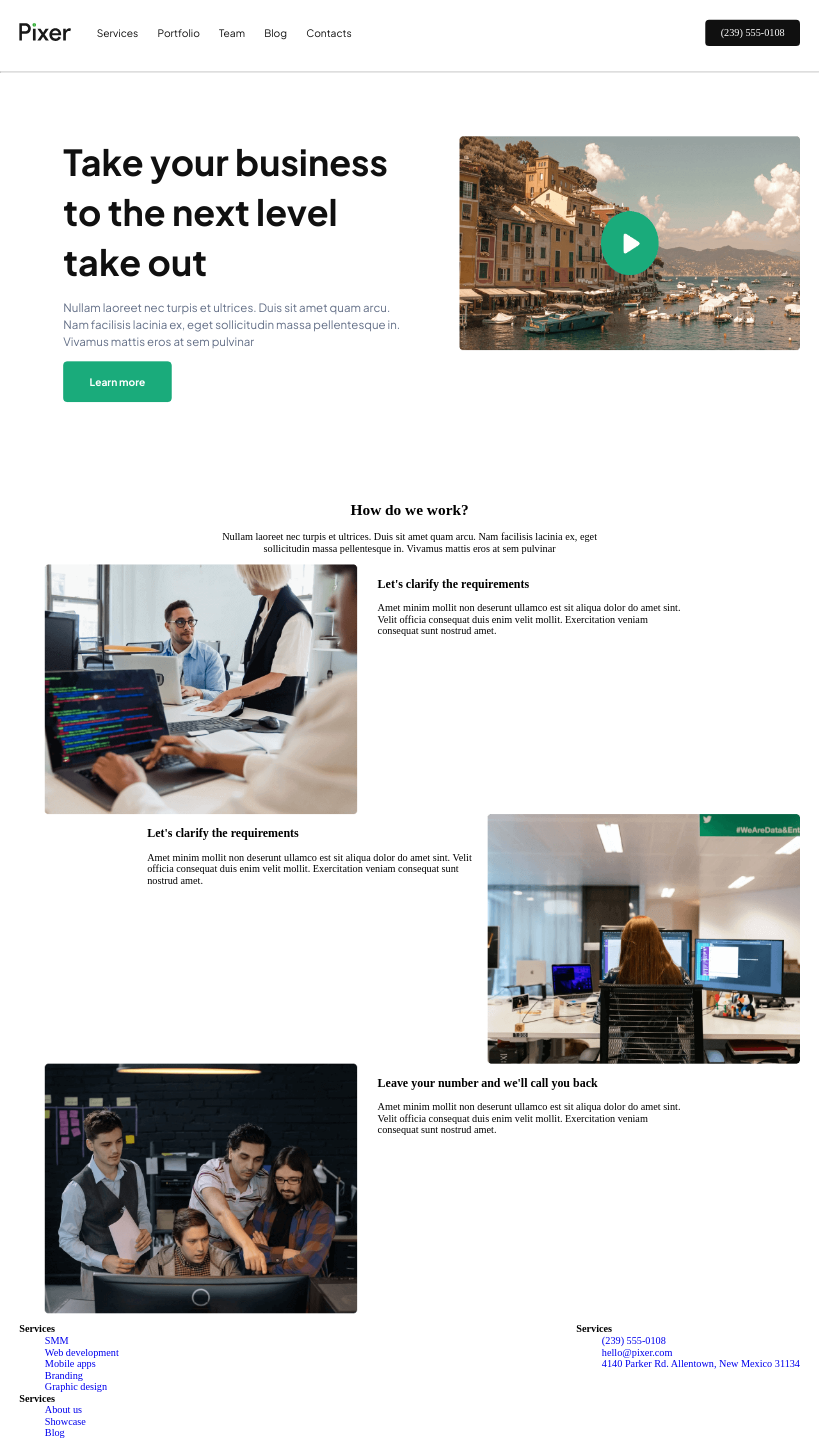
Repository: UlugbekAbdurasulov/pixar
Page: index.html
The author's editor kept a copy of each file at every save. The page is drawn from the files as they stood at one save, then again after a run of saves.
The browser window is 1280 px wide. The pictures show the whole page, at 64% of full size.

Above is the page before, as saved 2023-06-05 02:22:19.

After the next 5 saves:
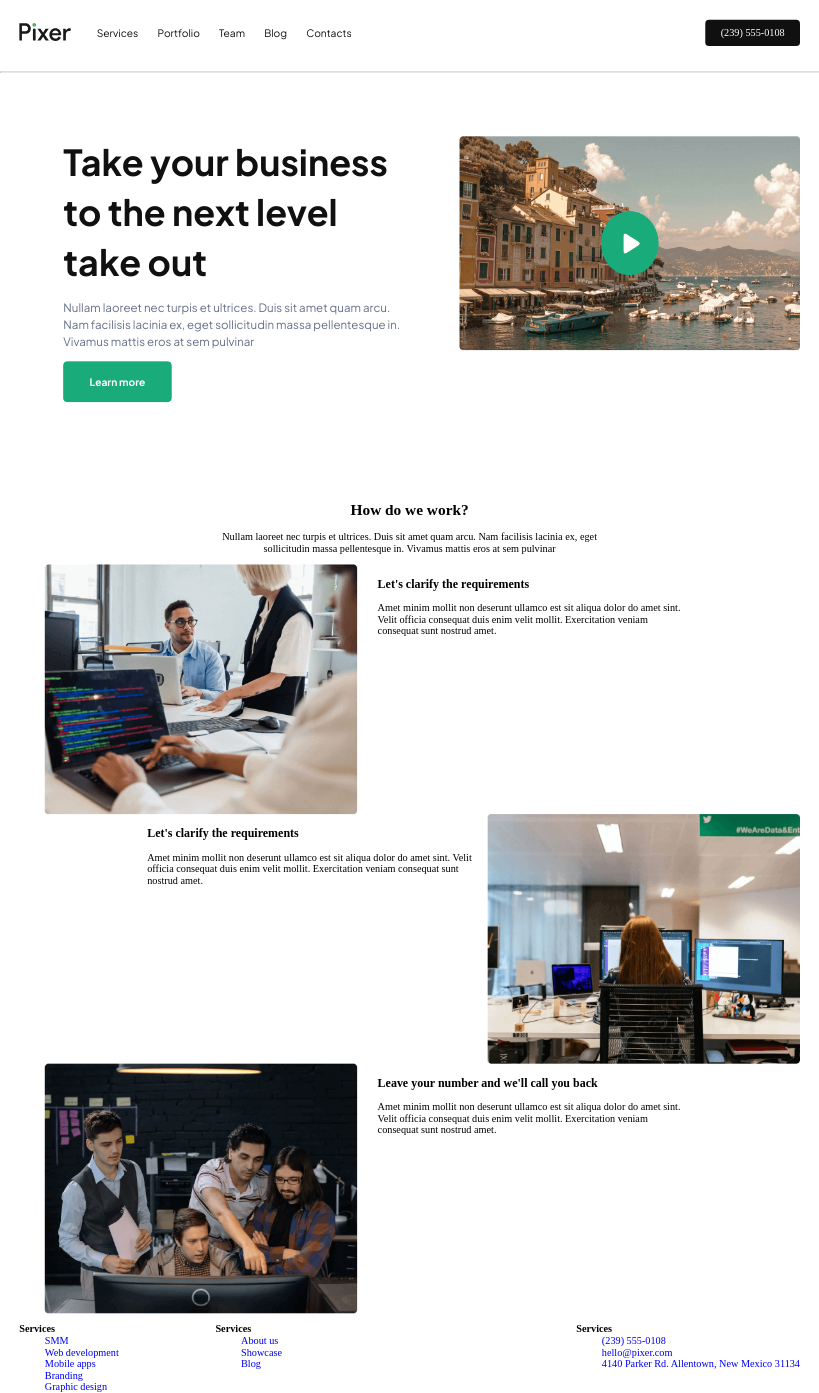
The 5 saves are shown as one change because they came seconds apart.
The last was saved 14 s later.
--- a/css/main.css
+++ b/css/main.css
@@ -205,3 +205,6 @@ justify-content: space-between;
 .sayt-footer-start-child{
   margin: 0;
 }
+.boxxing{
+  display: flex;
+}
